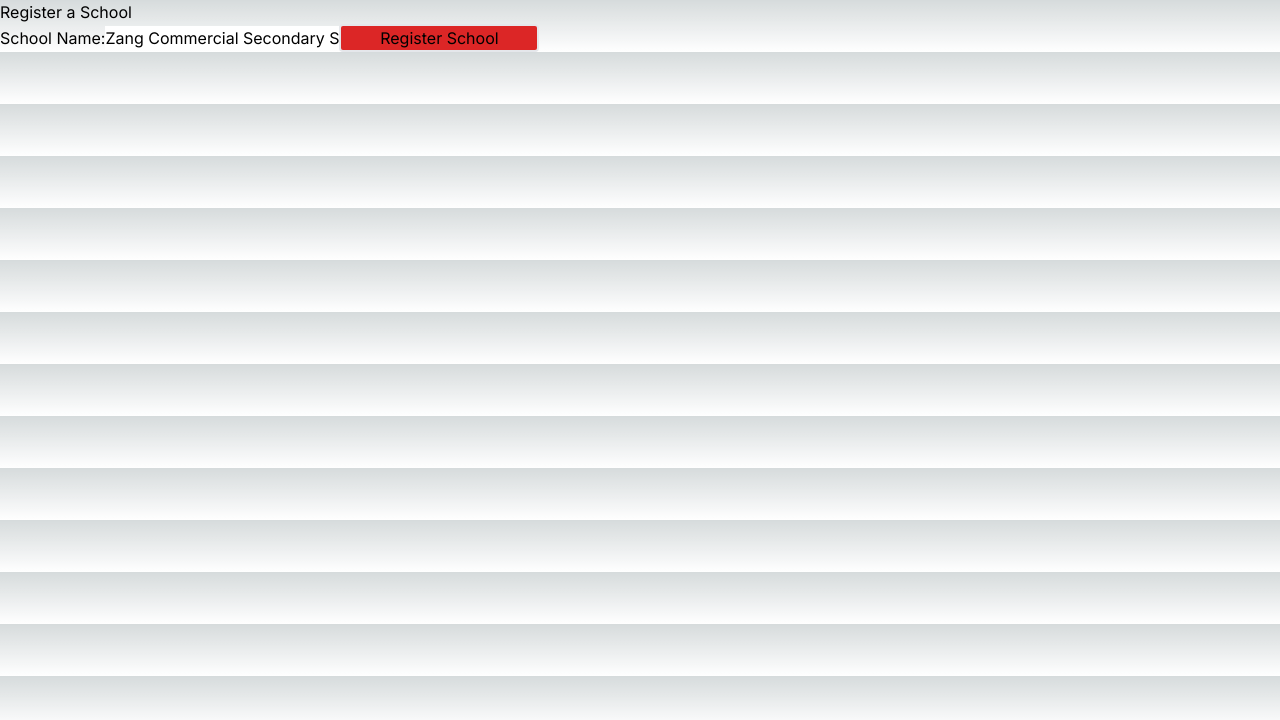
Repository: marcusdashe/fullstack-ts
Page: /school
The author's editor kept a copy of each file at every save. The page is drawn from the files as they stood at one save, then again after the next save.
The browser window is 1280 px wide. The pictures show the whole page.
The project was rebuilt for these pictures with package versions that can differ from the ones it lists, and the page was loaded fresh each time. The framework's server and built-in components were replaced by stand-ins that run in the browser. Also part of the build but not shown: next.config.js.

Above is the page before, as saved 2023-07-26 15:48:20.

### app/school/page.tsx
"use client";

import { useState } from "react";
import SchoolService, { School } from "../services/api/school.service";

const RegisterSchoolPage: React.FC = () => {
  const initialFormData: School = {
    schoolName: "Zang Commercial Secondary School",
    schoolAddress: "Bukuru Road Opposite Tetengi Estate",
    schoolPhoneNumber: "08034477604",
    schoolWebsite: "www.zangcommercial.com",
    schoolEmail: "contact@zangcommercial.com",
    schoolLogo: "",
  };

  const [formData, setFormData] = useState<School>(initialFormData);

  const handleChange = (e: React.ChangeEvent<HTMLInputElement>) => {
    const { name, value } = e.target;
    setFormData((prevFormData) => ({
      ...prevFormData,
      [name]: value,
    }));
  };

  const handleSubmit = async (e: React.FormEvent) => {
    e.preventDefault();
    try {
      await SchoolService.registerSchool(formData);

      console.log("School registered successfully");
      setFormData(initialFormData);
    } catch (error) {
      console.error("Error registering school:", error);
    }
  };

  return (
    <div>
      <h1>Register a School</h1>

      <form onSubmit={handleSubmit}>
        <label>
          School Name:
          <input
            type="text"
            name="school"
            value={formData.schoolName}
            onChange={handleChange}
          />
        </label>
        <button
          type="submit"
          className="border border-2 bg-red-600 rounded w-[200px]  "
        >
          Register School
        </button>
      </form>
    </div>
  );
};

export default RegisterSchoolPage;

### app/services/api/school.service.ts
import axios, { AxiosResponse } from "axios";
import config from "../config";

export interface School {
  schoolName: string;
  schoolAddress: string;
  schoolPhoneNumber: string;
  schoolWebsite: string;
  schoolEmail: string;
  schoolLogo: string;
}

const API_URL: string = config.API_BASE_URL;

class SchoolService {
  static client = axios.create({
    baseURL: API_URL,
  });

  async registerSchool(school: School): Promise<AxiosResponse<School>> {
    const response = await SchoolService.client.post<School>(
      "/schools",
      school
    );
    return response;
  }

  async fetchAllSchools(): Promise<AxiosResponse<School[]>> {
    const response = await SchoolService.client.get<School[]>("/schools");
    return response;
  }

  async fetchSchoolById(id: number): Promise<AxiosResponse<School>> {
    const response = await SchoolService.client.get<School>(`/school/${id}`);
    return response;
  }

  async updateSchool(
    school: School,
    id: number
  ): Promise<AxiosResponse<School>> {
    const response = await SchoolService.client.put<School>(
      `/schools/${id}`,
      school
    );
    return response;
  }

  async delSchoolById(id: number): Promise<AxiosResponse<void>> {
    const response = await SchoolService.client.delete<void>(`/schools/${id}`);
    return response;
  }

  async fetchSchoolByName(schoolName: string): Promise<AxiosResponse<School>> {
    const response = await SchoolService.client.get<School>(
      `/schools/byName/${schoolName}`
    );
    return response;
  }

  async fetchSchoolByPhoneNumber(
    phoneNumber: string
  ): Promise<AxiosResponse<School>> {
    const response = await SchoolService.client.get<School>(
      `/schools/byPhoneNumber/${phoneNumber}`
    );
    return response;
  }

  async fetchSchoolByWebsite(
    schoolWebsite: string
  ): Promise<AxiosResponse<School>> {
    const response = await SchoolService.client.get<School>(
      `/schools/byWebsite/${schoolWebsite}`
    );
    return response;
  }

  async fetchSchoolByEmail(email: string): Promise<AxiosResponse<School>> {
    const response = await SchoolService.client.get<School>(
      `/schools/byEmail/${email}`
    );
    return response;
  }
}

export default new SchoolService();

### app/services/config.ts
export default {
  API_BASE_URL: process.env.API_BASE_URL || "http://127.0.0.1:8000/api-v1/",
};

Loaded but not shown: app/layout.tsx (common file); app/globals.css (common file); tailwind.config.js (common file)

After the next save:
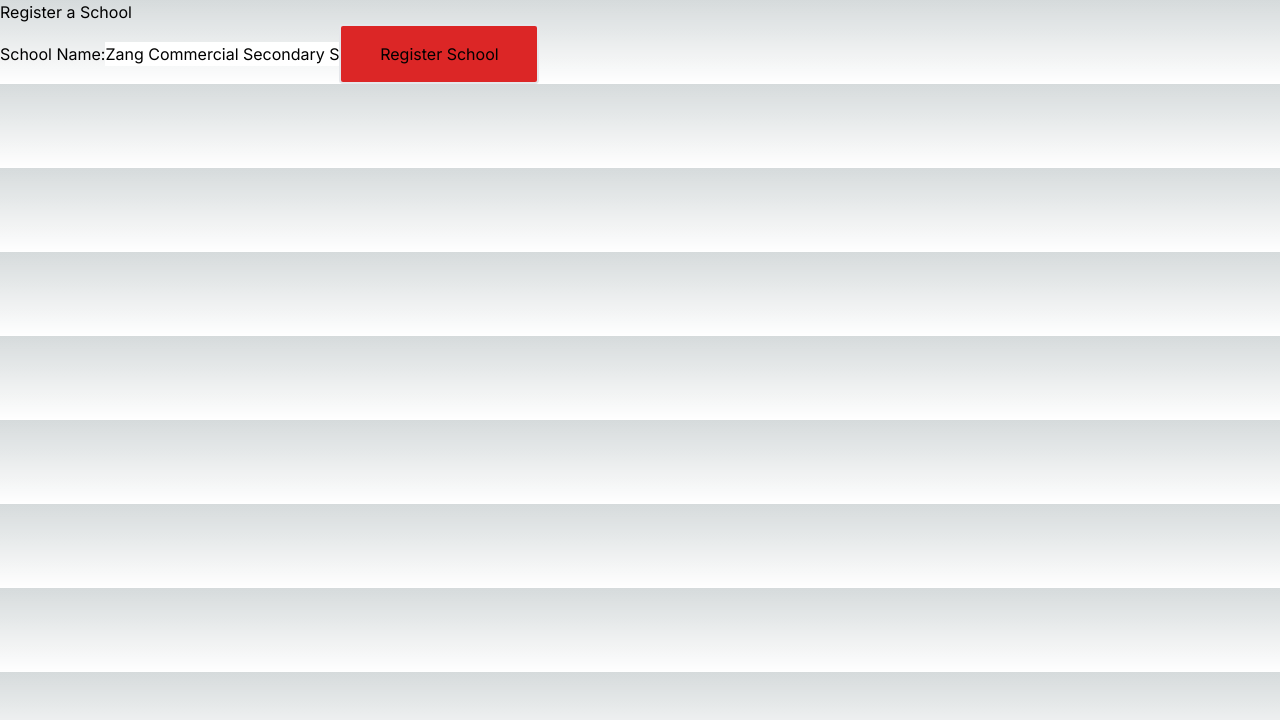
Saved 11 s later.
--- a/app/school/page.tsx
+++ b/app/school/page.tsx
@@ -51,7 +51,7 @@ const RegisterSchoolPage: React.FC = () => {
         </label>
         <button
           type="submit"
-          className="border border-2 bg-red-600 rounded w-[200px]  "
+          className="border border-2 bg-red-600 rounded p-4 w-[200px]  "
         >
           Register School
         </button>
